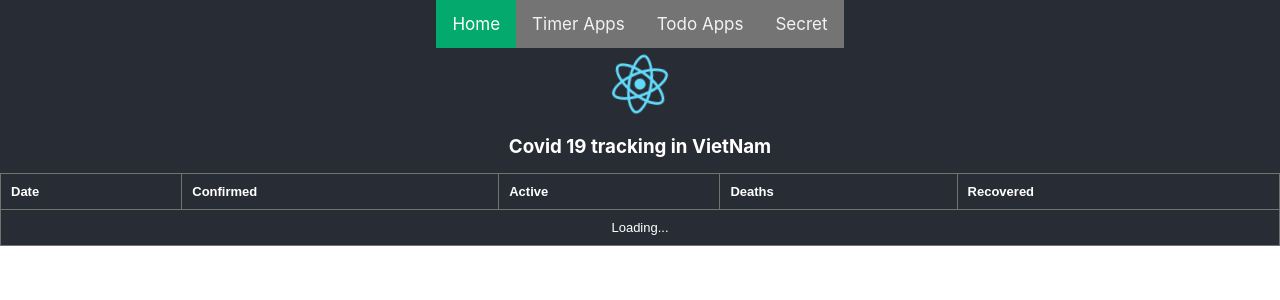
Repository: hoang0508/ReactJsHookBasic
Page: /home
The author's editor kept a copy of each file at every save. The page is drawn from the files as they stood at one save, then again after the next save.
The browser window is 1280 px wide. The pictures show the whole page.
The page's requests for data from a server got no answer. The project was rebuilt for these pictures with package versions that can differ from the ones it lists, and the page was loaded fresh each time. No one was signed in, and anything a server would have sent is missing. Also part of the build but not shown: src/views/Todo.js, src/views/Countdown.js.

Above is the page before, as saved 2021-11-17 22:05:15.

### src/App.js
import logo from "./logo.svg";
import "./App.css";
import Nav from "./views/Nav";
import { useState, useEffect } from "react";
import Todo from "./views/Todo";
import Covid from "./views/covid";
import { Countdown, NewCountDown } from "./views/Countdown";
import { BrowserRouter as Router, Routes, Route, Link } from "react-router-dom";

// template + logic
// JSX
// babel
function App() {
  // state
  // let name = "Hoang";
  // useState (hook)
  let [name, setName] = useState("hoang");
  const [address, setAddress] = useState("");
  const [todos, setTodos] = useState([
    { id: "todo1", title: "My school EPU", type: "hoang" },
    { id: "todo2", title: "Doing homework", type: "huy" },
  ]);

  // didmount
  useEffect(() => {
    console.log("run use effect");
  }, [address]);

  useEffect(() => {
    console.log("run use effect todo");
  }, [todos]);

  const handleEventClick = (event) => {
    // setName(address); // setName re render
    // console.log("click me", name);
    // hook not merge state
    if (!address) {
      alert("empty input");
      return;
    }
    let newTodo = {
      id: Math.floor(Math.random() * 1000),
      title: address,
      type: "hoang",
    };
    setTodos([...todos, newTodo]); // spread
    setAddress("");
  };
  const handleOnchangeInput = (event) => {
    setAddress(event.target.value);
    // console.log(event.target.value);
  };
  const deleteDataTodo = (id) => {
    let currentTodos = todos;
    currentTodos = currentTodos.filter((item) => item.id !== id);
    setTodos(currentTodos);
  };

  const onTimesup = () => {
    alert("times up");
  };
  return (
    <>
      <Router>
        <div className="App">
          <header className="App-header">
            <Nav />
            <img src={logo} className="App-logo" alt="logo" />
          </header>
          <Routes>
            <Route path="/home" exact element={<Covid />} />
            <Route
              path="/timer"
              element={
                <>
                  <Countdown onTimesup={onTimesup} />
                  <span>===============</span>
                  <NewCountDown onTimesup={onTimesup} />
                </>
              }
            />
            <Route
              path="/todo"
              exact
              element={
                <>
                  <Todo
                    todos={todos}
                    title={"All todos"}
                    deleteDataTodo={deleteDataTodo}
                  />
                  <input
                    type="text"
                    value={address}
                    onChange={(event) => handleOnchangeInput(event)}
                  />
                  <button
                    type="button"
                    onClick={(event) => handleEventClick(event)}
                  >
                    Click me
                  </button>
                </>
              }
            />
          </Routes>
        </div>
      </Router>
    </>
  );
}

export default App;

### src/App.css
.App {
  text-align: center;
}

.App-logo {
  height: 10vmin;
  pointer-events: none;
}

@media (prefers-reduced-motion: no-preference) {
  .App-logo {
    animation: App-logo-spin infinite 20s linear;
  }
}

.App-header {
  background-color: #282c34;
  /* min-height: 100vh; */
  display: flex;
  flex-direction: column;
  align-items: center;
  /* justify-content: center; */
  font-size: calc(10px + 2vmin);
  color: white;
}

.App-link {
  color: #61dafb;
}

@keyframes App-logo-spin {
  from {
    transform: rotate(0deg);
  }
  to {
    transform: rotate(360deg);
  }
}

table {
  font-family: arial, sans-serif;
  border-collapse: collapse;
  width: 100%;
  font-size: 13px;
}

td,
th {
  border: 1px solid #747171;
  text-align: left;
  padding: 10px;
}

tr:nth-child(even) {
  background-color: #545454;
}

h3 {
  margin: 0 !important;
  padding: 15px 0;
}

### src/views/Nav.js
import "./Nav.scss";
const Nav = () => {
  return (
    <div className="topnav">
      <a className="active" href="/home">
        Home
      </a>
      <a href="/timer">Timer Apps</a>
      <a href="/todo">Todo Apps</a>
      <a href="/secret">Secret</a>
    </div>
  );
};

export default Nav;

### src/views/covid.js
import moment from "moment";
import { useEffect, useState } from "react";
import useFetch from "../customize/fetch";
const Covid = () => {
  const today = new Date(new Date().setHours(0, 0, 0, 0));
  const priorDate = moment().subtract(31, "days");
  const {
    data: dataCovid,
    isloading,
    isError,
  } = useFetch(
    `https://api.covid19api.com/country/vietnam?from=${priorDate.toISOString()}&to=${today.toISOString()}`
  );
  return (
    <div style={{ backgroundColor: "#282c34", color: "#fff" }}>
      <h3>Covid 19 tracking in VietNam</h3>
      <table>
        <thead>
          <tr>
            <th>Date</th>
            <th>Confirmed</th>
            <th>Active</th>
            <th>Deaths</th>
            <th>Recovered</th>
          </tr>
        </thead>
        <tbody>
          {isError === false &&
            isloading === false &&
            dataCovid &&
            dataCovid.length > 0 &&
            dataCovid.map((item) => {
              return (
                <tr key={item.ID}>
                  <td>{item.Date}</td>
                  <td>{item.Confirmed}</td>
                  <td>{item.Active}</td>
                  <td>{item.Deaths}</td>
                  <td>{item.Recovered}</td>
                </tr>
              );
            })}

          {isloading === true && (
            <tr>
              <td colSpan="5" style={{ textAlign: "center" }}>
                Loading...
              </td>
            </tr>
          )}

          {isError === true && (
            <tr>
              <td colSpan="5" style={{ textAlign: "center" }}>
                Something wrong ...
              </td>
            </tr>
          )}
        </tbody>
      </table>
    </div>
  );
};

export default Covid;

### src/views/Nav.scss
.topnav {
  overflow: hidden;
  background-color: #747474;
  a {
    float: left;
    color: #f2f2f2;
    text-align: center;
    padding: 14px 16px;
    text-decoration: none;
    font-size: 17px;
  }
  a:hover {
    background-color: #ddd;
    color: black;
  }
  a.active {
    background-color: #04aa6d;
    color: white;
  }
}

### src/customize/fetch.js
import { useEffect, useState } from "react";
import axios from "axios";
import moment from "moment";
const useFetch = (url) => {
  const [data, setData] = useState([]);
  const [isloading, setIsLoading] = useState(true);
  const [isError, setIsError] = useState(false);
  // componentDidmount
  useEffect(() => {
    try {
      async function fetchData() {
        let reponse = await axios.get(url);
        let data = reponse && reponse.data ? reponse.data : [];
        if (data && data.length > 0) {
          data.map((item) => {
            item.Date = moment(item.Date).format("DD/MM/YYYY");
            return item;
          });
          data = data.reverse();
        }
        setData(data);
        setIsLoading(false);
        setIsError(false);
      }
      fetchData();
    } catch (e) {
      setIsError(true);
      setIsLoading(false);
    }
  }, []);

  return {
    data,
    isloading,
    isError,
  };
};

export default useFetch;

Loaded but not shown: public/index.html (common file); src/index.js (common file); src/index.css (common file); src/reportWebVitals.js (common file)

After the next save:
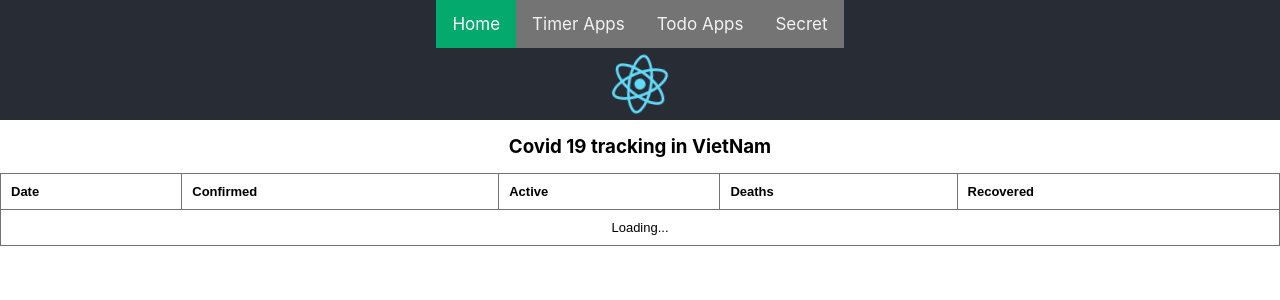
Saved 4 min 26 s later.
--- a/src/views/covid.js
+++ b/src/views/covid.js
@@ -12,7 +12,7 @@
     `https://api.covid19api.com/country/vietnam?from=${priorDate.toISOString()}&to=${today.toISOString()}`
   );
   return (
-    <div style={{ backgroundColor: "#282c34", color: "#fff" }}>
+    <>
       <h3>Covid 19 tracking in VietNam</h3>
       <table>
         <thead>
@@ -58,7 +58,7 @@
           )}
         </tbody>
       </table>
-    </div>
+    </>
   );
 };
 
